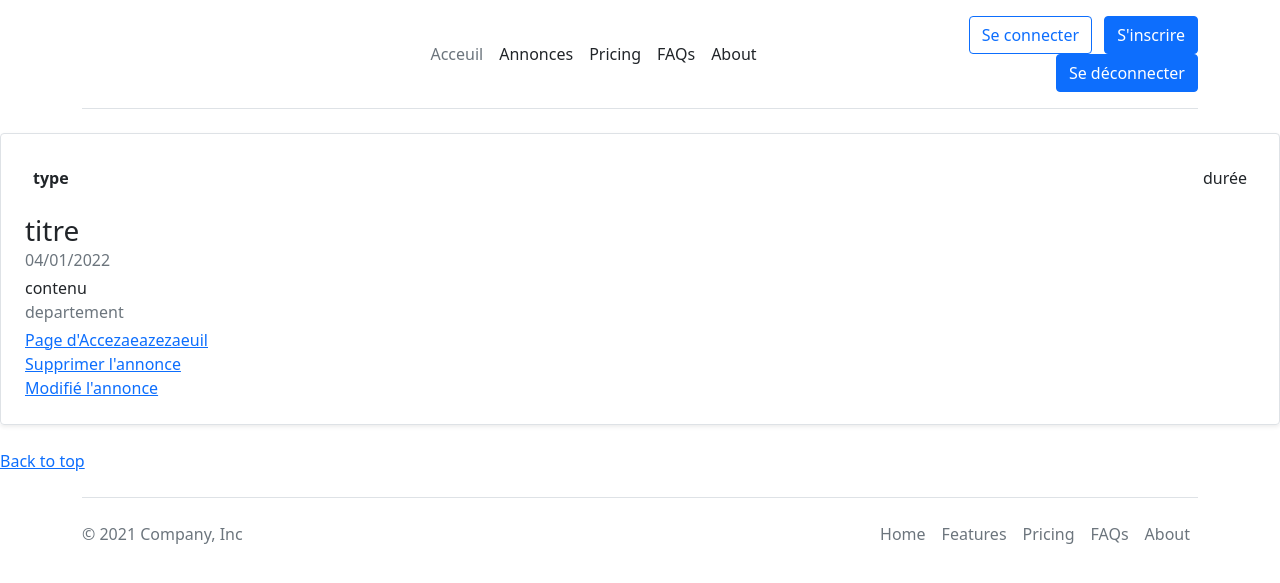
Repository: Xora123/Pole-emploi-Symfony
Page: templates/post/index.html.twig
These files come from the project's save history. The page is drawn as it stood at one moment and after the next save; the edit follows.
The browser window is 1280 px wide. The pictures show the whole page.
Some web libraries are served in a nearby version. The page is a Twig template of a Symfony application; nobody is signed in and links lead nowhere. The template is opened directly, without the code that normally fills it, so the values that code supplies are empty.

Above is the page before, as saved 2022-04-04 09:21:53.

After the next save:
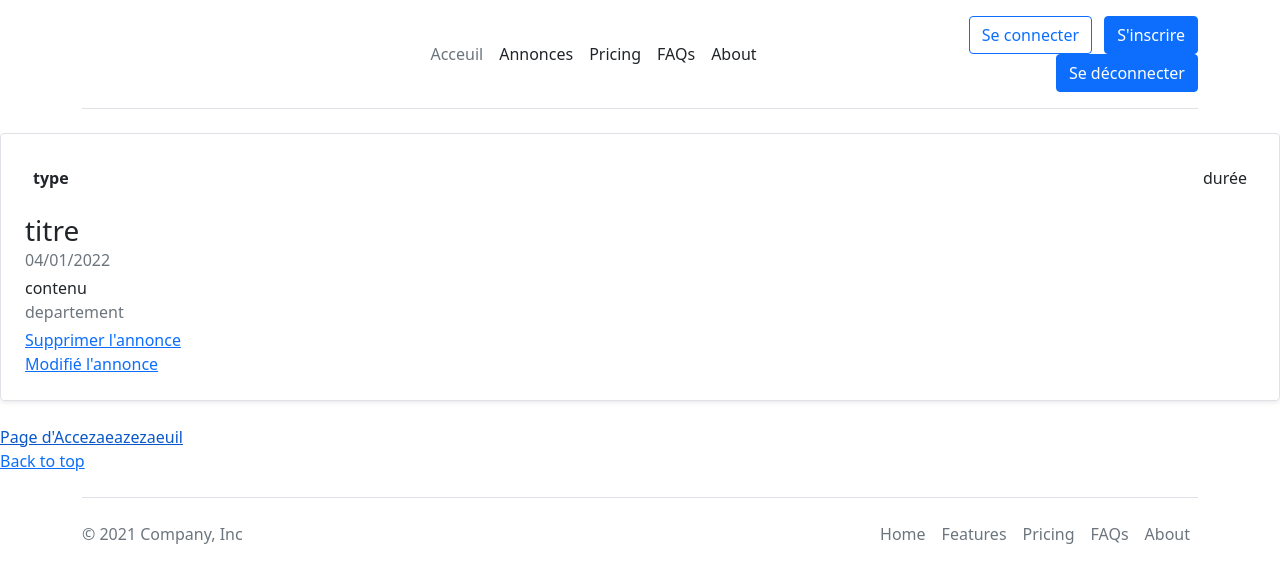
Saved 14 s later.
--- a/templates/post/index.html.twig
+++ b/templates/post/index.html.twig
@@ -21,12 +21,12 @@
 					<p class="mb-auto">{{ post.content }}contenu</p>
 					<div class="mb-1 text-muted">{{ post.departement }}
 						departement</div>
-					<a href="{{ path('app_home', {'id' : post.id} ) }}" class="stretched-link">Page d'Accezaeazezaeuil</a>
 					<a href="{{ path('app_delete', {'id':post.id} )}}" class="stretched-link">Supprimer l'annonce</a>
 					<a href="{{ path('app_edit', {'id':post.id} )}}" class="stretched-link">Modifié l'annonce</a>
 				</div>
 				<div class="col-auto d-none d-lg-block"></div>
 			</div>
 		</div>
+					<a href="{{ path('app_home', {'id' : post.id} ) }}" class="stretched-link">Page d'Accezaeazezaeuil</a>
 	</body>
 </div></body></div></body></div></div><footer class="blog-footer"><p><a href="#">Back to top</a></p></footer></body>{% endblock %}
